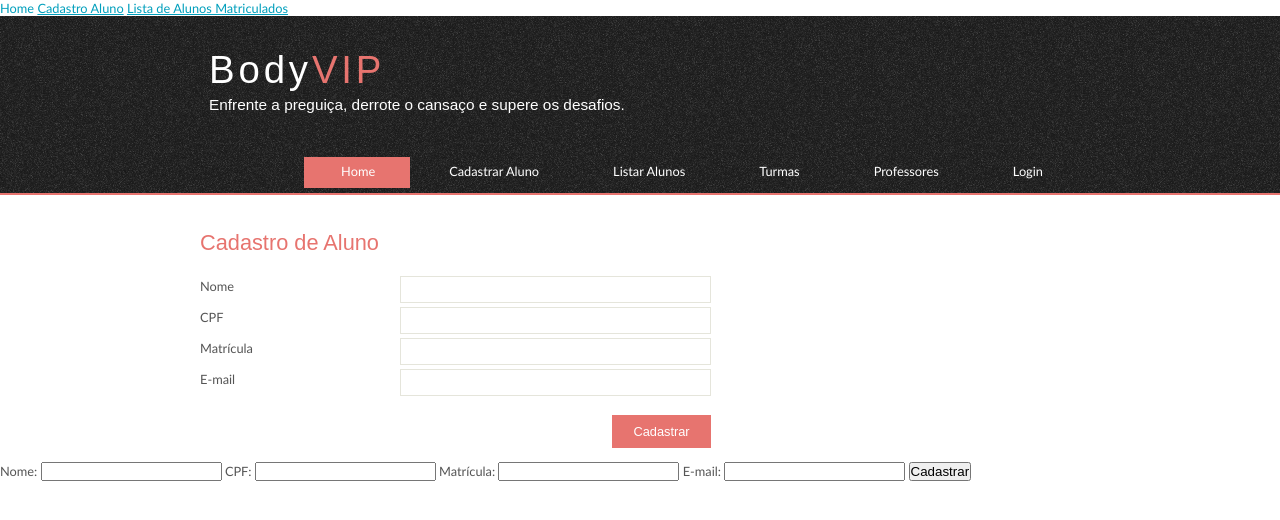
Repository: Thais-Ferreira/Projeto_bodyVIP
Page: http://localhost/BodyVIP/AlunoController?acao=cadastro
These files come from the project's save history. The page is drawn as it stood at one moment and after the next save; the edit follows.
The browser window is 1280 px wide. The pictures show the whole page.
The page is served by Tomcat 9. Other server files are loaded and not shown.

Above is the page before, as saved 2017-06-19 00:17:56.

### BodyVIP/WebContent/cadastro.jsp
<%@ page language="java" contentType="text/html; charset=ISO-8859-1"
    pageEncoding="ISO-8859-1"%>
<!DOCTYPE html PUBLIC "-//W3C//DTD HTML 4.01 Transitional//EN" "http://www.w3.org/TR/html4/loose.dtd">
<html>
<head>
	<meta http-equiv="Content-Type" content="text/html; charset=ISO-8859-1">
	<link rel="stylesheet" type="text/css" href="css/style.css" />
	<title>Cadastro</title>
</head>
<body>
	<jsp:include page="cabecalho.jsp"></jsp:include>
	<div id="main">
    <div id="header">
      <div id="logo">
        <div id="logo_text">
          <!-- class="logo_colour", allows you to change the colour of the text -->
          <h1><a href="index.html">Body<span class="logo_colour">VIP</span></a></h1>
          <h2>Enfrente a preguiça, derrote o cansaço e supere os desafios.</h2>
        </div>
      </div>
      <div id="menubar">
        <ul id="menu">
          <!-- put class="selected" in the li tag for the selected page - to highlight which page you're on -->
          <li class="selected"><a href="index.html">Home</a></li>
          <li><a href="AlunoController?acao=cadastro">Cadastrar Aluno</a></li>
          <li><a href="AlunoController?acao=buscaLista">Listar Alunos</a></li>
          <li><a href="page.html">Turmas</a></li>
          <li><a href="another_page.html">Professores</a></li>
          <li><a href="contact.html">Login</a></li>
        </ul>
      </div>
    </div>
    <div id="content_header"></div>
    <div id="site_content">
    <h1>Cadastro de Aluno</h1>
    <div class="form_settings">
    	<form action="SalvoCadastro.jsp" method="post">
            <p><span>Nome</span><input class="contact" type="text" name="nome"/></p>
            <p><span>CPF</span><input class="contact" type="text" name="cpf"/></p>
            <p><span>Matrícula</span><input class="contact" type="text" name="matricula"/></p>
            <p><span>E-mail</span><input class="contact" type="text" name="email"/></p>
            <p style="padding-top: 15px"><span>&nbsp;</span><input class="submit" type="submit" name="enviar" value="Cadastrar" /></p>
         </form>
    </div>
    </div>
	<form action="SalvoCadastro.jsp" method="post">
		<label>Nome:</label>
		<input type="text" name="nome">
		<label>CPF:</label>
		<input type="text" name="cpf">
		<label>Matrícula:</label>
		<input type="text" name="matricula">
		<label>E-mail:</label>
		<input type ="text" name="email">
		<input type="submit" value="Cadastrar">
	</form>
</body>
</html>

### BodyVIP/WebContent/cabecalho.jsp
<%@ page language="java" contentType="text/html; charset=ISO-8859-1"
    pageEncoding="ISO-8859-1"%>
<!DOCTYPE html PUBLIC "-//W3C//DTD HTML 4.01 Transitional//EN" "http://www.w3.org/TR/html4/loose.dtd">
<html>
<head>
<meta http-equiv="Content-Type" content="text/html; charset=ISO-8859-1">
<title>Cabeçalho</title>
</head>
<body>
	<a href="home.jsp">Home</a>
	<a href="AlunoController?acao=cadastro">Cadastro Aluno</a>
	<a href="AlunoController?acao=buscaLista">Lista de Alunos Matriculados</a>
</body>
</html>

### BodyVIP/src/br/com/body/controller/AlunoController.java
package br.com.body.controller;

import java.io.IOException;
import java.io.PrintWriter;
import java.util.List;

import javax.servlet.RequestDispatcher;
import javax.servlet.ServletException;
import javax.servlet.annotation.WebServlet;
import javax.servlet.http.HttpServlet;
import javax.servlet.http.HttpServletRequest;
import javax.servlet.http.HttpServletResponse;

import br.com.body.entidade.Aluno;
import br.com.body.jdbc.AlunoDAO;

/**
 * Servlet implementation class AlunoController
 */
@WebServlet("/AlunoController")
public class AlunoController extends HttpServlet {
	private static final long serialVersionUID = 1L;

    /**
     * @see HttpServlet#HttpServlet()
     */
    public AlunoController() {
        super();
        // TODO Auto-generated constructor stub
    }

	/**
	 * @see HttpServlet#doGet(HttpServletRequest request, HttpServletResponse response)
	 */
	protected void doGet(HttpServletRequest request, HttpServletResponse response) throws ServletException, IOException {

		Aluno aluno = new Aluno();
		String acao = request.getParameter("acao");
		AlunoDAO alunoDAO = new AlunoDAO();

		if(acao != null && acao.equals("buscaLista")) {
			List<Aluno> listaAlunos = alunoDAO.buscaListaAlunos(aluno);

			request.setAttribute("listaAlunos", listaAlunos);
			RequestDispatcher destino = request.getRequestDispatcher("listaAlunos.jsp");
			destino.forward(request, response);

		} else if(acao != null && acao.equals("deletaCadastro")) {
			String matricula = request.getParameter("matricula");
			aluno.setMatricula(matricula);
			alunoDAO.deletaCadastroAluno(aluno);

			response.sendRedirect("AlunoController?acao=buscaLista");

		} else if(acao != null && acao.endsWith("alteraCadastro")) {
			String matricula = request.getParameter("matricula");
			Aluno alu = alunoDAO.buscaAluno(matricula);
			request.setAttribute("alu", alu);
			request.getRequestDispatcher("AlterarCadastro.jsp").forward(request, response);

		} else if(acao != null && acao.endsWith("cadastro")) {
			RequestDispatcher destino = request.getRequestDispatcher("cadastro.jsp");
			destino.forward(request, response);
		}

	}

	/**
	 * @see HttpServlet#doPost(HttpServletRequest request, HttpServletResponse response)
	 */
	protected void doPost(HttpServletRequest request, HttpServletResponse response) throws ServletException, IOException {
		//capturando parâmetros da tela
		String nome = request.getParameter("nome");
		String matricula = request.getParameter("matricula");
		String email = request.getParameter("email");

		//criando objeto aluno e atribuindo valores da tela
		Aluno aluno = new Aluno();
		aluno.setNome(nome);
		aluno.setEmail(email);
		aluno.setMatricula(matricula);

		//criando um alunoDAO
		AlunoDAO alunoDAO = new AlunoDAO();

		//salvando no banco de dados
		alunoDAO.alteraCadastroAluno(aluno);
		//PrintWriter out = response.getWriter();
		//out.println("Salvo!");
		response.sendRedirect("AlunoController?acao=buscaLista");
	}

}

### BodyVIP/src/br/com/body/entidade/Aluno.java
package br.com.body.entidade;

import java.sql.Date;

/**
 * Classe que representa um aluno.
 *
 * @author Thaís
 *
 */
public class Aluno {

	private Integer id;
	private String nome;
	private String cpf;
	private String matricula;
	private String email;
	private Date dataMatricula;

	public Integer getId() {
		return id;
	}

	public void setId(Integer id) {
		this.id = id;
	}

	public String getNome() {
		return nome;
	}

	public void setNome(String nome) {
		this.nome = nome;
	}

	public String getCpf() {
		return cpf;
	}

	public void setCpf(String cpf) {
		this.cpf = cpf;
	}
	public String getMatricula() {
		return matricula;
	}

	public void setMatricula(String matricula) {
		this.matricula = matricula;
	}

	public String getEmail() {
		return email;
	}

	public void setEmail(String email) {
		this.email = email;
	}

	public Date getDataMatricula() {
		return dataMatricula;
	}

	public void setDataMatricula(Date dataMatricula) {
		this.dataMatricula = dataMatricula;
	}


}

### BodyVIP/src/br/com/body/jdbc/AlunoDAO.java
package br.com.body.jdbc;

import java.sql.Connection;
import java.sql.PreparedStatement;
import java.sql.ResultSet;
import java.sql.SQLException;
import java.util.ArrayList;
import java.util.List;

import br.com.body.entidade.Aluno;

/**
 * Classe responsável por cadastrar, excluir, alterar e mostrar os dados de alunos através
 * de uma connexão com o banco de dados.
 *
 * @author Thaís
 *
 */
public class AlunoDAO {

	private Connection conexao = Conexao.getConnection();

	/**
	 * Método que cadastra um aluno no banco de dados.
	 */
	public void cadastroAluno(Aluno aluno) {

		String sql = "INSERT INTO aluno (nome,cpf,matricula,email,datamatricula) VALUES (?,?,?,?,?)";

		try {
			PreparedStatement preparador = conexao.prepareStatement(sql);

			preparador.setString(1, aluno.getNome());
			preparador.setString(2, aluno.getCpf());
			preparador.setString(3, aluno.getMatricula());
			preparador.setString(4, aluno.getEmail());
			preparador.setDate(5, aluno.getDataMatricula());

			preparador.execute();
			preparador.close();

			System.out.println("Aluno cadastrado com sucesso!");
		} catch (SQLException e) {
			System.out.println("Erro - " + e.getMessage());
		}

	}

	/**
	 * Método que altera o cadastro de um aluno no banco de dados.
	 */
	public void alteraCadastroAluno(Aluno aluno) {

		String sql = "UPDATE aluno SET nome = ?, email = ? WHERE matricula = ?";

		try {
			PreparedStatement preparador = conexao.prepareStatement(sql);

			preparador.setString(1, aluno.getNome());
			preparador.setString(2, aluno.getEmail());
			preparador.setString(3, aluno.getMatricula());

			preparador.execute();
			preparador.close();

			System.out.println("Cadastro alterado com sucesso!");
		} catch (SQLException e) {
			System.out.println("Erro - " + e.getMessage());
		}

	}

	/**
	 * Método que deleta o cadastro de um aluno do banco de dados.
	 */
	public void deletaCadastroAluno(Aluno aluno) {

		String sql = "DELETE FROM aluno WHERE matricula = ?";

		try {
			PreparedStatement preparador = conexao.prepareStatement(sql);

			preparador.setString(1, aluno.getMatricula());


			preparador.execute();
			preparador.close();

			System.out.println("Cadastro deletado com sucesso!");
		} catch (SQLException e) {
			System.out.println("Erro - " + e.getMessage());
		}

	}

	/**
	 * Método que retorna uma lista com os alunos cadastrados no banco de dados.
	 */
	public List<Aluno> buscaListaAlunos(Aluno aluno) {

		String sql = "SELECT * FROM aluno";
		List<Aluno> listaAlunos = new ArrayList<>();

		try {
			PreparedStatement preparador = conexao.prepareStatement(sql);
			ResultSet resultados = preparador.executeQuery();

			while(resultados.next()) {
				Aluno alu = new Aluno();
				alu.setId(resultados.getInt("id"));
				alu.setNome(resultados.getString("nome"));
				alu.setCpf(resultados.getString("cpf"));
				alu.setMatricula(resultados.getString("matricula"));
				alu.setEmail(resultados.getString("email"));
				alu.setDataMatricula(resultados.getDate("datamatricula"));

				listaAlunos.add(alu);

			}
		} catch (SQLException e) {
			System.out.println("Erro - " + e.getMessage());
		}

		return listaAlunos;

	}

	public Aluno buscaAluno(String matricula) {
		Aluno aluno = null;
		String sql = "SELECT * FROM aluno WHERE matricula = ?";

		try {
			PreparedStatement preparador = conexao.prepareStatement(sql);
			preparador.setString(1, matricula);

			ResultSet resultado = preparador.executeQuery();
			if(resultado.next()) {
				aluno = new Aluno();
				aluno.setId(resultado.getInt("id"));
				aluno.setNome(resultado.getString("nome"));
				aluno.setCpf(resultado.getString("cpf"));
				aluno.setMatricula(resultado.getString("matricula"));
				aluno.setEmail(resultado.getString("email"));
			}
			System.out.println("Aluno encontrado com sucesso!");
		} catch (SQLException e) {
			System.out.println("Erro - " + e.getMessage());
		}

		return aluno;
	}

}

### BodyVIP/src/br/com/body/jdbc/Conexao.java
package br.com.body.jdbc;

import java.sql.Connection;
import java.sql.DriverManager;
import java.sql.SQLException;

/**
 * Classe que estabelece a conexão com o banco de dados.
 *
 * @author Thaís
 *
 */
public class Conexao {

	/**
	 * Método que retorna uma conexão com o banco de dados.
	 */
	public static Connection getConnection() {

		 Connection conexao = null;

		 try {
			Class.forName("org.postgresql.Driver");
			conexao = DriverManager.getConnection("jdbc:postgresql://localhost:5432/BodyVIP","postgres","k0rr4");
			System.out.println("Conectado com sucesso!");
		} catch (SQLException e) {
			System.out.println("Erro - Conexão " + e.getMessage());
		} catch (ClassNotFoundException e) {
			System.out.println("Erro - Driver " + e.getMessage());
		}

		 return conexao;

	}

}

### BodyVIP/WebContent/css/style.css
@CHARSET "ISO-8859-1";

html
{ height: 100%;}

*
{ margin: 0;
  padding: 0;}

body
{ font: normal .80em 'trebuchet ms', arial, sans-serif;
  background: #FFF;
  color: #555;}

p
{ padding: 0 0 20px 0;
  line-height: 1.7em;}

img
{ border: 0;}

h1, h2, h3, h4, h5, h6
{ color: #E7746F;
  letter-spacing: 0em;
  padding: 0 0 5px 0;}

h1, h2, h3
{ font: normal 170% 'century gothic', arial;
  margin: 0 0 15px 0;
  padding: 15px 0 5px 0;}

h2
{ font-size: 160%;
  padding: 9px 0 5px 0;}

h3
{ font-size: 140%;
  padding: 5px 0 0 0;}

h4, h6
{ color: #009FBC;
  padding: 0 0 5px 0;
  font: normal 110% arial;
  text-transform: uppercase;}

h5, h6
{ color: #888;
  font: normal 95% arial;
  letter-spacing: normal;
  padding: 0 0 15px 0;}

a, a:hover
{ outline: none;
  text-decoration: underline;
  color: #009FBC;}

a:hover
{ text-decoration: none;}

blockquote
{ margin: 20px 0;
  padding: 10px 20px 0 20px;
  border: 1px solid #E5E5DB;
  background: #FFF;}

ul
{ margin: 2px 0 22px 17px;}

ul li
{ list-style-type: circle;
  margin: 0 0 6px 0;
  padding: 0 0 4px 5px;
  line-height: 1.5em;}

ol
{ margin: 8px 0 22px 20px;}

ol li
{ margin: 0 0 11px 0;}

.left
{ float: left;
  width: auto;
  margin-right: 10px;}

.right
{ float: right;
  width: auto;
  margin-left: 10px;}

.center
{ display: block;
  text-align: center;
  margin: 20px auto;}

#main, #logo, #menubar, #site_content, #footer
{ margin-left: auto;
  margin-right: auto;}

#header
{ background: #1d1d1d url(../imagens/pattern.png) repeat;
  border-bottom: 2px solid #E7746F;
  height: 177px;}

#banner
{ background: transparent url(../imagens/banner.jpg) no-repeat;
  width: 870px;
  height: 180px;
  margin-bottom: 20px;
  border: 5px solid #E7746F;}

#logo
{ width: 880px;
  position: relative;
  height: 140px;
  background: transparent;}

#logo #logo_text
{ position: absolute;
  top: 10px;
  left: 0;}

#logo h1, #logo h2
{ font: normal 300% 'century gothic', arial, sans-serif;
  border-bottom: 0;
  text-transform: none;
  margin: 0 0 0 9px;}

#logo_text h1, #logo_text h1 a, #logo_text h1 a:hover
{ padding: 22px 0 0 0;
  color: #FFF;
  letter-spacing: 0.1em;
  text-decoration: none;}

#logo_text h1 a .logo_colour
{ color: #E7746F;}

#logo_text a:hover .logo_colour
{ color: #FFF;}

#logo_text h2
{ font-size: 120%;
  padding: 4px 0 0 0;
  color: #FFF;}

#menubar
{ width: 880px;
  height: 46px;}

ul#menu
{ float: right;
  margin: 0;}

ul#menu li
{ float: left;
  padding: 0 0 0 9px;
  list-style: none;
  margin: 1px 2px 0 0;
  background: transparent;}

ul#menu li a
{ font: normal 100% 'trebuchet ms', sans-serif;
  display: block;
  float: left;
  height: 20px;
  padding: 6px 35px 5px 28px;
  text-align: center;
  color: #FFF;
  text-decoration: none;
  background: transparent;}

ul#menu li.selected a
{ height: 20px;
  padding: 6px 35px 5px 28px;}

ul#menu li.selected
{ margin: 1px 2px 0 0;
  background: #E7746F;}

ul#menu li.selected a, ul#menu li.selected a:hover
{ background: #E7746F;
  color: #FFF;}

ul#menu li a:hover
{ color: #FFF;
  background: #E7746F;}

#site_content
{ width: 880px;
  overflow: hidden;
  margin: 20px auto 0 auto;
  padding: 0 0 10px 0;}

#sidebar_container
{ float: right;
  width: 224px;}

.sidebar_top
{ width: 222px;
  height: 14px;
  background: transparent url(../imagens/side_top.png) no-repeat;}

.sidebar_base
{ width: 222px;
  height: 14px;
  background: url(../imagens/side_base.png) no-repeat;}

.sidebar
{ float: right;
  width: 222px;
  padding: 0;
  margin: 0 0 16px 0;}

.sidebar_item
{ background: url(../imagens/side_back.png) repeat-y;
  padding: 0 15px;
  width: 192px;}

.sidebar li a.selected
{ color: #444;}

.sidebar ul
{ margin: 0;}

#content
{ text-align: left;
  width: 620px;
  padding: 0 0 0 5px;
  float: left;}

#content ul
{ margin: 2px 0 22px 0px;}

#content ul li, .sidebar ul li
{ list-style-type: none;
  background: url(../imagens/bullet.png) no-repeat;
  margin: 0 0 0 0;
  padding: 0 0 4px 25px;
  line-height: 1.5em;}

#footer
{ width: 100%;
  font-family: 'trebuchet ms', sans-serif;
  font-size: 100%;
  height: 80px;
  padding: 28px 0 5px 0;
  text-align: center;
  background: transparent url(../imagens/pattern.png) repeat;
  border-top: 2px solid #E7746F;
  color: #FFF;}

#footer p
{ line-height: 1.7em;
  padding: 0 0 10px 0;}

#footer a
{ color: #E7746F;
  text-decoration: none;}

#footer a:hover
{ color: #FFF;
  text-decoration: none;}

.search
{ color: #5D5D5D;
  border: 1px solid #BBB;
  width: 134px;
  padding: 4px;
  font: 100% arial, sans-serif;}

.form_settings
{ margin: 15px 0 0 0;}

.form_settings p
{ padding: 0 0 4px 0;}

.form_settings span
{ float: left;
  width: 200px;
  text-align: left;}

.form_settings input, .form_settings textarea
{ padding: 5px;
  width: 299px;
  font: 100% arial;
  border: 1px solid #E5E5DB;
  background: #FFF;
  color: #47433F;}

.form_settings .submit
{ font: 100% arial;
  border: 0;
  width: 99px;
  margin: 0 0 0 212px;
  height: 33px;
  padding: 2px 0 3px 0;
  cursor: pointer;
  background: #E7746F;
  color: #FFF;}

.form_settings textarea, .form_settings select
{ font: 100% arial;
  width: 299px;}

.form_settings select
{ width: 310px;}

.form_settings .checkbox
{ margin: 4px 0;
  padding: 0;
  width: 14px;
  border: 0;
  background: none;}

.separator
{ width: 100%;
  height: 0;
  border-top: 1px solid #D9D5CF;
  border-bottom: 1px solid #FFF;
  margin: 0 0 20px 0;}

table
{ margin: 10px 0 30px 0;}

table tr th, table tr td
{ background: #E7746F;
  color: #FFF;
  padding: 7px 4px;
  text-align: left;}

table tr td
{ background: #E5E5DB;
  color: #47433F;
  border-top: 1px solid #FFF;}

After the next save:
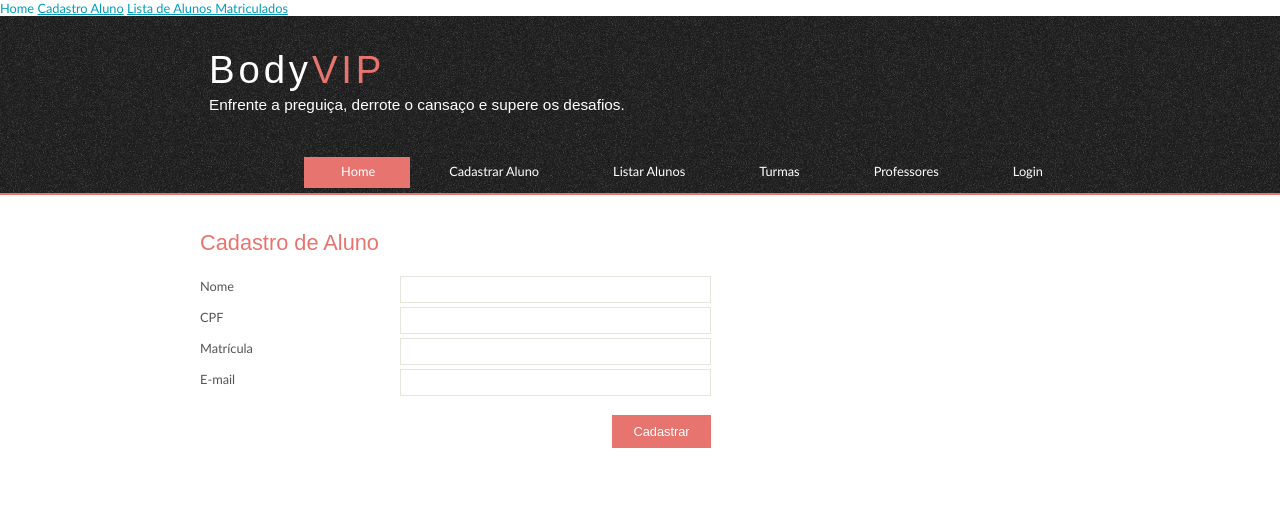
Saved 70 s later.
--- a/BodyVIP/WebContent/cadastro.jsp
+++ b/BodyVIP/WebContent/cadastro.jsp
@@ -43,16 +43,5 @@
          </form>
     </div>
     </div>
-	<form action="SalvoCadastro.jsp" method="post">
-		<label>Nome:</label>
-		<input type="text" name="nome">
-		<label>CPF:</label>
-		<input type="text" name="cpf">
-		<label>Matrícula:</label>
-		<input type="text" name="matricula">
-		<label>E-mail:</label>
-		<input type ="text" name="email">
-		<input type="submit" value="Cadastrar">
-	</form>
 </body>
 </html>
